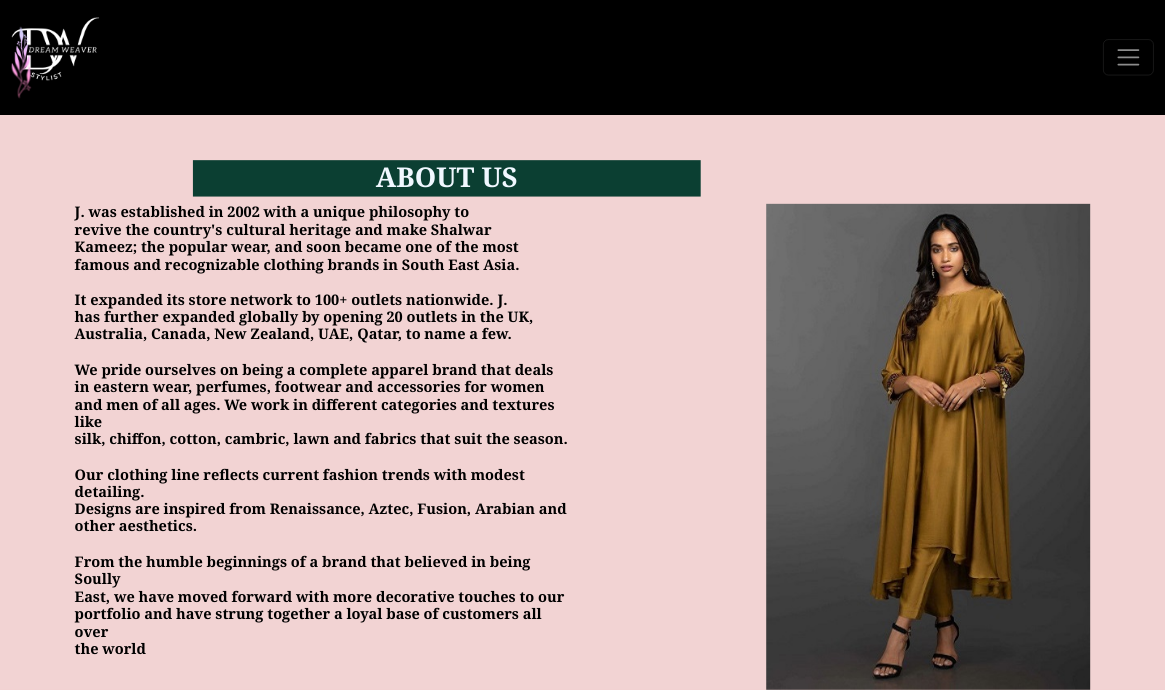
Repository: laibaashraf90/dreamweaver
Page: Source Code/detail.html
These files come from the project's save history. The page is drawn as it stood at one moment and after the next save; the edit follows.
The browser window is 1280 px wide. The pictures show the whole page, at 91% of full size.

Above is the page before, as saved 2022-10-29 17:23:54.
Console error: TypeError: Cannot set properties of null (setting 'innerHTML')

After the next save:
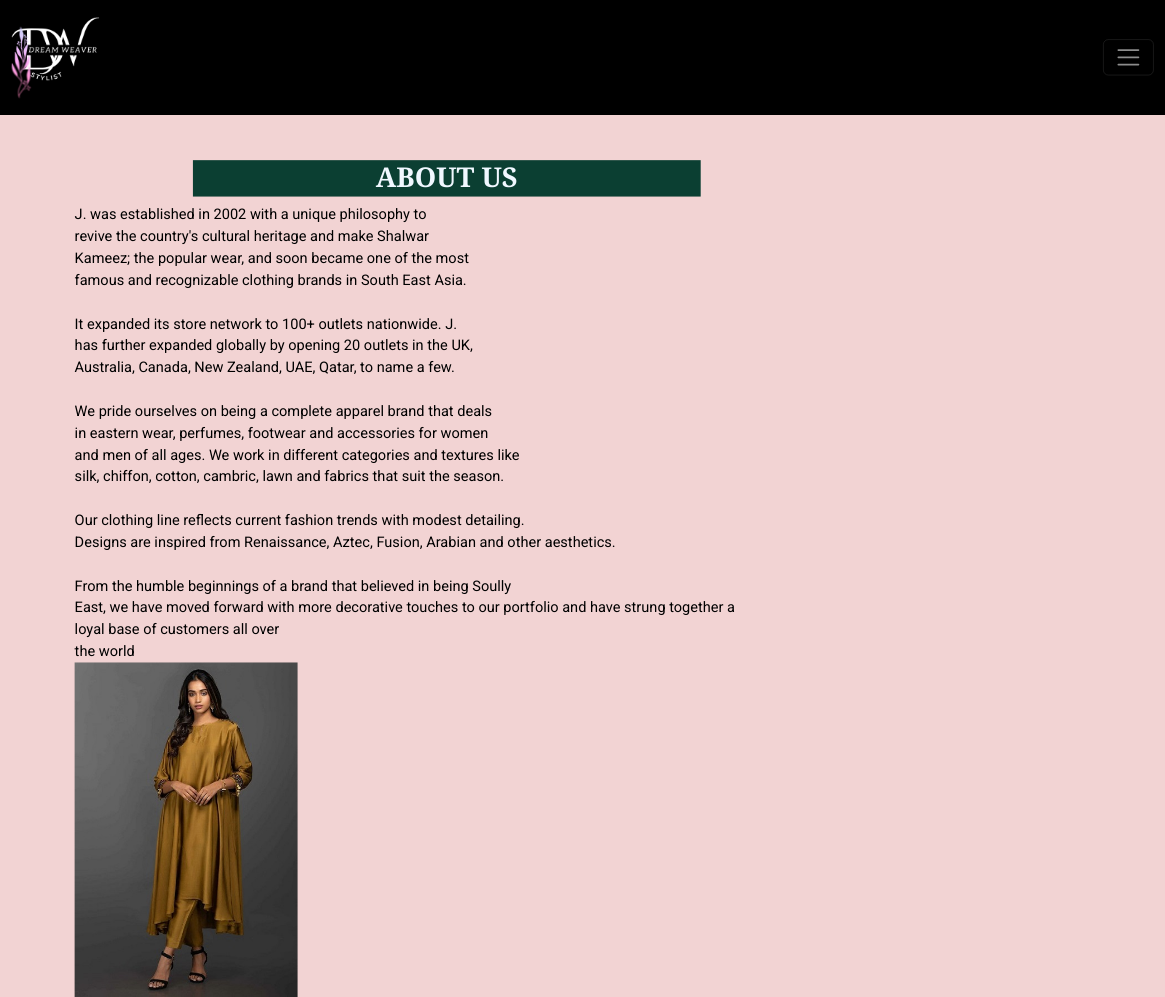
Saved 53 s later.
--- a/Source Code/detail.html
+++ b/Source Code/detail.html
@@ -74,7 +74,8 @@
 
       <div class="row">
         <div class="col-sm-8 m-0">
-          <h2 class="m-0">J. was established in 2002 with a unique philosophy to<br>
+          <div class="m-0">J. was established in 2002 with a unique philosophy
+            to<br>
             revive
             the country's cultural heritage and make
             Shalwar<br>Kameez; the popular wear, and soon became one of the most<br>famous
